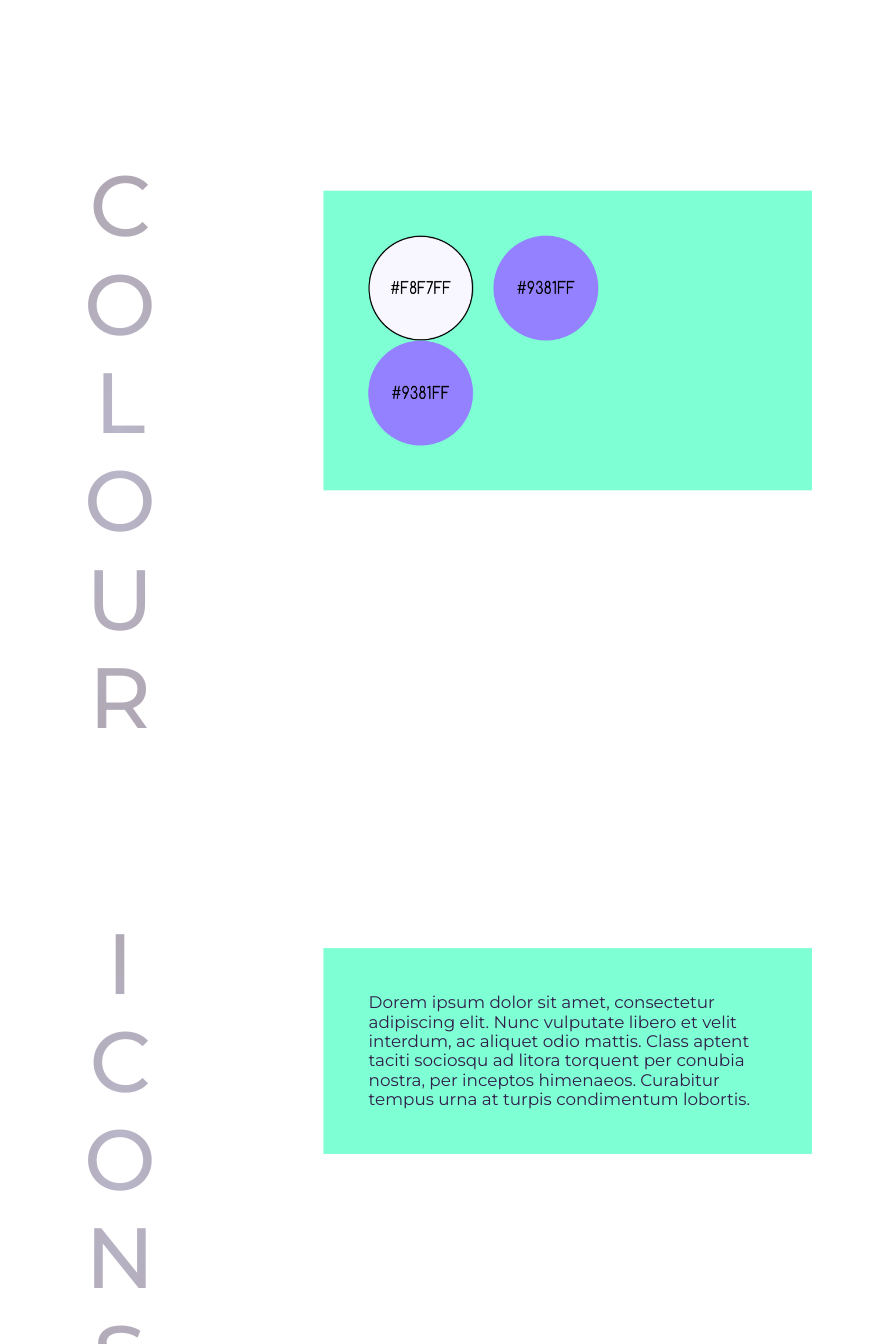
Repository: sierralaurent/Styleguide-Big_Project
Page: visuals.html
These files come from the project's save history. The page is drawn as it stood at one moment and after the next save; the edit follows.
The browser window is 1280 px wide. The pictures show the part of the page from y = 838 to 2758 px (the page is 3164 px tall), at 70% of full size.
Some web fonts or font styles are not loaded; a fallback is used.

Above is the page before, as saved 2023-03-10 14:53:06.

### visuals.html
<!DOCTYPE html>
<html lang="en">
  <head>
    <title>New Habits Web-App | Visuals </title>
    <meta property="og:title" content="Welcome to the New Habits Web-App Home Page" />
    <meta name="viewport" content="width=device-width, initial-scale=1.0" />
    <meta charset="utf-8" />
    <link rel="icon" type="image/x-icon" href="/assets/favicon.ico">

    <link
      rel="stylesheet"
      href="https://fonts.googleapis.com/css2?family=Montserrat:ital,wght@0,100;0,200;0,300;0,400;0,500;0,600;0,700;0,800;0,900;1,100;1,200;1,300;1,400;1,500;1,600;1,700;1,800;1,900&amp;display=swap"
      data-tag="font"
    />
    <link rel="stylesheet" href="./style.css" />
    <link href="./visuals.css" rel="stylesheet" />
    <link href="./navstyle.css" rel="stylesheet" />

  </head>
  <header>
    <div class="logo">
      <a href="index.html">
        <img src="assets/logo.png" alt="logo" />
      </a>
    </div>
    <div class="navigation">
      <button class="hamburger" onclick="show()">
        <img src="assets/burger.png" />
      </button>
      <nav>
        <h1 class="menutitle">Menu</h1>
        <ul>
          <li><a href="home.html">Home</a></li>
          <li><a>Logo</a></li>
          <li><a>Colours & Typo</a></li>
          <li><a href="visuals.html">Visuals</a></li>
        </ul>
      </nav>
    </div>
    <script src="nav.js"></script>
  </header>
  <body>
    <div>
      <div class="home-container">
        <div class="home-container1">
          <div class="home-container2">
            <h1 class="home-text01 Title">Visuals</h1>
            <p class="home-text02 body">
              Dorem ipsum dolor sit amet, consectetur adipiscing elit. Nunc
              vulputate libero et velit interdum, ac aliquet odio mattis. Class
              aptent taciti sociosqu ad litora torquent per conubia nostra, per
              inceptos himenaeos. Curabitur tempus urna at turpis condimentum
              lobortis.
            </p>
          </div>
        </div>
        <div class="home-container3">
          <p class="home-text03 sidetitle">
            <span>C</span>
            <br />
            <span>O</span>
            <br />
            <span>L</span>
            <br />
            <span>O</span>
            <br />
            <span>U</span>
            <br />
            <span>R</span>
            <br />
          </p>
          <div class="home-text17 body">
            <div>
              <img src="assets/colours/Creme.png" alt="Creme" width="150px" height="150px">
              <img src="assets/colours/Main Purple.png" alt="mainpurple" width="150px" height="150px">
            </div>
            <div>
              <img src="assets/colours/Main Purple.png" alt="mainpurple" width="150px" height="150px">
            </div>
          </div>
        </div>
        <div class="home-container3">
            <p class="home-text03 sidetitle">
              <span>I</span>
              <br />
              <span>C</span>
              <br />
              <span>O</span>
              <br />
              <span>N</span>
              <br />
              <span>S</span>
              <br />
            </p>
            <p class="home-text17 body">
              Dorem ipsum dolor sit amet, consectetur adipiscing elit. Nunc
              vulputate libero et velit interdum, ac aliquet odio mattis. Class
              aptent taciti sociosqu ad litora torquent per conubia nostra, per
              inceptos himenaeos. Curabitur tempus urna at turpis condimentum
              lobortis.
            </p>
          </div>
        <footer class="home-footer">
          <p class="home-text24">
            © 2023 New Habits, All Rights Reserved.
          </p>
        </footer>
      </div>
    </div>
  </body>
</html>

### style.css
:root {
  --dl-black: #212121ff;
  --dl-creme: #f9f9ffff;
  --dl-white: #f8f9f9ff;
  --dark-purple: #311D4A;

}

.body {
  font-size: 24px;
  font-family: Montserrat;
  font-weight: 400;
  line-height: 1.15;
  text-transform: none;
  text-decoration: none;
}
.sidetitle {
  font-size: 122px;
  font-family: Montserrat;
  font-weight: 500;
  line-height: 1.15;
  text-transform: none;
  text-decoration: none;
}
.Title {
  font-size: 96px;
  font-family: Montserrat;
  font-weight: 500;
  line-height: 1.15;
  text-transform: none;
  text-decoration: none;
}

html {
  line-height: 1.15;
}
body {
  margin: 0;
}
* {
  box-sizing: border-box;
  border-width: 0;
  border-style: solid;
}
p,
li,
ul,
pre,
div,
h1,
h2,
figure,
blockquote,
figcaption {
  margin: 0;
  padding: 0;
}

a {
  color: inherit;
  text-decoration: inherit;
}
input {
  padding: 2px 4px;
}
img {
  display: block;
}
html {
  scroll-behavior: smooth;
}

### visuals.css
/* Define the scrollbar style */
::-webkit-scrollbar {
    width: 10px;
  }

  ::-webkit-scrollbar-thumb {
    background-image: linear-gradient(180deg, var(--light-purple) 0%, var(--main-purple) 99%);
    box-shadow: inset 2px 2px 5px 0 var(--creme);
    border-radius: 100px;
  }

  html {
    font-family: Montserrat;
    font-size: 24px;
    scroll-behavior: smooth;
  }

  body {
    font-weight: 400;
    font-style: normal;
    text-decoration: none;
    text-transform: none;
    letter-spacing: normal;
    line-height: 1.15;
    color: var(--black);
    background-color: var(--creme);
  }

  .home-container {
    width: 100%;
    display: flex;
    overflow: auto;
    min-height: 100vh;
    align-items: center;
    flex-direction: column;
  }
  .home-container1 {
    flex: 0 0 auto;
    width: auto;
    height: auto;
    display: flex;
    align-items: flex-start;
    justify-content: center;
  }
  .home-container2 {
    flex: 0 0 auto;
    width: auto;
    display: flex;
    align-self: center;
    margin-top: 5rem;
    align-items: center;
    margin-bottom: 15rem;
    flex-direction: column;
    justify-content: center;
  }
  .home-text {
    font-size: 36px;
    text-align: center;
    font-family: Montserrat;
    background: linear-gradient(0deg, rgba(0, 0, 0, 0.2), rgba(0, 0, 0, 0.2)),
      radial-gradient(
        50% 50% at 50% 50%,
        rgba(147, 129, 255, 0.2) 0%,
        rgba(79, 26, 98, 0.2) 94.12%
      );
    -webkit-background-clip: text;
    -webkit-text-fill-color: transparent;
    background-clip: text;
    text-fill-color: transparent;
  }
  .home-text01 {
    margin-top: 1rem;
    text-align: center;
    margin-bottom: 1rem;
    background: linear-gradient(0deg, rgba(0, 0, 0, 0.2), rgba(0, 0, 0, 0.2)),
      radial-gradient(
        50% 50% at 50% 50%,
        rgba(147, 129, 255, 0.2) 0%,
        rgba(79, 26, 98, 0.2) 94.12%
      );
    -webkit-background-clip: text;
    -webkit-text-fill-color: transparent;
    background-clip: text;
    text-fill-color: transparent;
  }
  .home-text02 {
    width: 31rem;
    text-align: center;
    color: var(--dark-purple);
  }
  .home-container3 {
    flex: 0 0 auto;
    width: 100%;
    height: auto;
    display: flex;
    align-items: flex-start;
    justify-content: center;
  }
  .home-text03 {
    width: 25rem;
    text-align: center;
    background: linear-gradient(0deg, rgba(0, 0, 0, 0.2), rgba(0, 0, 0, 0.2)),
      radial-gradient(
        50% 50% at 50% 50%,
        rgba(147, 129, 255, 0.2) 0%,
        rgba(79, 26, 98, 0.2) 94.12%
      );
    -webkit-background-clip: text;
    -webkit-text-fill-color: transparent;
    background-clip: text;
    text-fill-color: transparent;
  }
  .home-text17 {
    width: auto;
    margin-top: 5rem;
    text-align: left;
    margin-left: 5rem;
    margin-right: 5rem;
    margin-bottom: 5rem;
    display: flex;
    flex-direction: row;
    gap: 5%;
    padding: 5%;
    color: var(--dark-purple);
    background-color: aquamarine;
  }
  .home-container4 {
    flex: 0 0 auto;
    width: auto;
    height: auto;
    display: flex;
    align-items: flex-start;
    justify-content: center;
  }
  .colours{
    background: lightblue;
    border-radius: 50%;
    width: 100px;
    height: 100px;
  }
  .home-container5 {
    flex: 0 0 auto;
    display: flex;
    align-items: flex-start;
    flex-direction: column;
  }
  .home-text18 {
    width: auto;
    margin-top: 15rem;
    text-align: center;
    margin-bottom: 5rem;
    background: linear-gradient(0deg, rgba(0, 0, 0, 0.2), rgba(0, 0, 0, 0.2)),
      radial-gradient(
        50% 50% at 50% 50%,
        rgba(147, 129, 255, 0.2) 0%,
        rgba(79, 26, 98, 0.2) 94.12%
      );
    -webkit-background-clip: text;
    -webkit-text-fill-color: transparent;
    background-clip: text;
    text-fill-color: transparent;
  }
  .home-container6 {
    flex: 0 0 auto;
    width: auto;
    height: auto;
    display: flex;
    align-items: flex-start;
    margin-bottom: 15rem;
    justify-content: center;
  }
  .home-olivia {
    flex: 0 0 auto;
    display: flex;
    align-items: center;
    flex-direction: column;
  }
  .home-olivia-text {
    width: 25rem;
    font-size: 96px;
    text-align: center;
    font-family: Montserrat;
    font-weight: 500;
    line-height: 1.15;
    margin-bottom: 2rem;
    text-transform: none;
    text-decoration: none;
    background: linear-gradient(0deg, rgba(0, 0, 0, 0.2), rgba(0, 0, 0, 0.2)),
      radial-gradient(
        50% 50% at 50% 50%,
        rgba(147, 129, 255, 0.2) 0%,
        rgba(79, 26, 98, 0.2) 94.12%
      );
    -webkit-background-clip: text;
    -webkit-text-fill-color: transparent;
    background-clip: text;
    text-fill-color: transparent;
  }
  .home-text19 {
    width: 15rem;
    align-self: center;
    text-align: center;
    color: var(--dark-purple);
  }
  .home-elijah {
    flex: 0 0 auto;
    display: flex;
    align-items: center;
    flex-direction: column;
  }
  .home-elijah-text {
    width: 25rem;
    font-size: 96px;
    text-align: center;
    font-family: Montserrat;
    font-weight: 500;
    line-height: 1.15;
    margin-bottom: 2rem;
    text-transform: none;
    text-decoration: none;
    background: linear-gradient(0deg, rgba(0, 0, 0, 0.2), rgba(0, 0, 0, 0.2)),
      radial-gradient(
        50% 50% at 50% 50%,
        rgba(147, 129, 255, 0.2) 0%,
        rgba(79, 26, 98, 0.2) 94.12%
      );
    -webkit-background-clip: text;
    -webkit-text-fill-color: transparent;
    background-clip: text;
    text-fill-color: transparent;
  }
  .home-text20 {
    width: 15rem;
    align-self: center;
    text-align: center;
    color: var(--dark-purple);
  }
  .home-sierra {
    flex: 0 0 auto;
    display: flex;
    align-items: center;
    flex-direction: column;
  }
  .home-sierra-text {
    width: 25rem;
    font-size: 96px;
    text-align: center;
    font-family: Montserrat;
    font-weight: 500;
    line-height: 1.15;
    margin-bottom: 2rem;
    text-transform: none;
    text-decoration: none;
    background: linear-gradient(0deg, rgba(0, 0, 0, 0.2), rgba(0, 0, 0, 0.2)),
      radial-gradient(
        50% 50% at 50% 50%,
        rgba(147, 129, 255, 0.2) 0%,
        rgba(79, 26, 98, 0.2) 94.12%
      );
    -webkit-background-clip: text;
    -webkit-text-fill-color: transparent;
    background-clip: text;
    text-fill-color: transparent;
  }
  .home-text21 {
    width: 15rem;
    align-self: center;
    text-align: center;
    color: var(--dark-purple);
  }
  .home-text23 {
    width: 15rem;
    align-self: center;
    text-align: center;
  }
  .home-footer {
    width: 100%;
    height: 197px;
    display: flex;
    max-width: auto;
    align-self: center;
    align-items: center;
    padding-top: 32px;
    padding-left: 48px;
    padding-right: 48px;
    padding-bottom: 32px;
    justify-content: center;
  }
  .home-text24 {
    text-align: center;
    color: var(--dark-purple);

  }
  @media (max-width: 1600px) {
    .home-container1 {
      width: 100%;
    }
    .home-container2 {
      align-items: center;
      justify-content: center;
    }
    .home-text01 {
      margin-top: 1rem;
      margin-bottom: 1rem;
    }
    .home-container3 {
      width: 100%;
    }
    .home-text03 {
      width: auto;
      margin: 3rem;
      padding: 2rem;
    }
    .home-text17 {
      width: 40rem;
      margin-top: 7rem;
      text-align: left;
      margin-right: 5rem;
    }
    .home-container4 {
      width: auto;
      justify-content: center;
    }
    .home-container5 {
      width: auto;
      height: auto;
      align-items: center;
      justify-content: center;
    }
    .home-text18 {
      width: auto;
      height: auto;
      margin-top: 5rem;
      text-align: center;
      margin-bottom: 5rem;
    }
    .home-container6 {
      width: 100%;
      margin-bottom: 15rem;
    }
    .home-olivia {
      width: 20rem;
      height: auto;
      align-items: center;
      justify-content: center;
    }
    .home-olivia-text {
      width: auto;
      font-size: 46px;
      font-family: Montserrat;
      font-weight: 500;
      line-height: 1.15;
      margin-bottom: 2rem;
      text-transform: none;
      text-decoration: none;
    }
    .home-text19 {
      width: 15rem;
      text-transform: none;
    }
    .home-elijah {
      width: 20rem;
      height: auto;
      align-items: center;
      justify-content: center;
    }
    .home-elijah-text {
      width: auto;
      font-size: 46px;
      font-family: Montserrat;
      font-weight: 500;
      line-height: 1.15;
      margin-bottom: 2rem;
      text-transform: none;
      text-decoration: none;
    }
    .home-text20 {
      width: 15rem;
      text-transform: none;
    }
    .home-sierra {
      width: 20rem;
      height: auto;
      align-items: center;
      justify-content: center;
    }
    .home-sierra-text {
      width: auto;
      font-size: 46px;
      font-family: Montserrat;
      font-weight: 500;
      line-height: 1.15;
      margin-bottom: 2rem;
      text-transform: none;
      text-decoration: none;
    }
    .home-text21 {
      margin-bottom: 2rem;
    }
    .home-text23 {
      width: 15rem;
      text-transform: none;
      color: var(--dark-purple);
    }
  }
  @media (max-width: 1200px) {
    .home-text01 {
      margin-top: 1rem;
      margin-bottom: 1rem;
    }
    .home-container6 {
      align-items: center;
    }
    .home-olivia {
      width: 15rem;
      margin-left: 1rem;
      margin-right: 1rem;
    }
    .home-olivia-text {
      width: auto;
    }
    .home-text19 {
      width: 12rem;
    }
    .home-elijah {
      width: 15rem;
      margin-left: 1rem;
      margin-right: 1rem;
    }
    .home-elijah-text {
      width: auto;
    }
    .home-text20 {
      width: 12rem;
    }
    .home-sierra {
      width: 15rem;
      margin-left: 1rem;
    }
    .home-sierra-text {
      width: auto;
    }
    .home-text23 {
      width: 12rem;
    }
  }
  @media (max-width: 991px) {
    .home-container2 {
      width: 100%;
      height: 307px;
    }
    .home-text01 {
      margin-top: 1rem;
      margin-bottom: 1rem;
    }
    .home-container6 {
      align-items: center;
      flex-direction: column;
    }
    .home-olivia {
      width: 20rem;
      margin-bottom: 3rem;
    }
    .home-olivia-text {
      width: auto;
    }
    .home-text19 {
      width: auto;
    }
    .home-elijah {
      width: 20rem;
      margin-bottom: 3rem;
    }
    .home-elijah-text {
      width: auto;
    }
    .home-text20 {
      width: auto;
    }
    .home-sierra {
      width: 20rem;
    }
    .home-sierra-text {
      width: auto;
    }
    .home-text23 {
      width: 100%;
    }
  }
  @media (max-width: 767px) {
    .home-text01 {
      margin-top: 1rem;
      margin-bottom: 1rem;
    }
    .home-footer {
      padding-left: 32px;
      padding-right: 32px;
    }
    .home-text24 {
      text-align: center;
      margin-left: 16px;
      margin-right: 16px;
    }
  }
  @media (max-width: 479px) {
    .home-text01 {
      margin-top: 1rem;
      margin-bottom: 1rem;
    }
    .home-text02 {
      width: 479px;
    }
    .home-text03 {
      margin-top: 0rem;
      margin-left: 3rem;
      margin-right: 0rem;
      margin-bottom: 0rem;
    }
    .home-footer {
      padding: 16px;
      flex-direction: column;
    }
    .home-text24 {
      margin-left: 0px;
      margin-right: 0px;
      margin-bottom: 16px;
    }
  }

### navstyle.css
@import url("https://fonts.cdnfonts.com/css/montserrat");

* {
  margin: 0;
  padding: 0;
  font-family: "Montserrat", sans-serif;
}

a,
button {
  cursor: pointer;
}

nav {
  position: absolute;
  top: 30px;
  right: 30px;
  width: 250px;
}

.navigation {
  position: fixed;
  top: 0;
  right: -500px;
  width: 312px;
  height: 100%;
  background-image: url("assets/background.png");
  background-size: cover;
  transition: 0.5s;
  border-radius: 27px 0 0 27px;
}

.logo {
    margin: 1.5rem;
}

.menutitle {
  font-family: "Montserrat", sans-serif;
  font-style: normal;
  font-weight: 400;
  font-size: 24px;
  display: flex;
  align-items: left;
  color: rgba(255, 255, 255, 0.32);
  margin: 1rem;
}

.navigation ul li {
  display: flex;
  color: rgba(255, 255, 255, 0.5);
  line-height: 20px;
  text-align: left;
  font-weight: 500;
  list-style-type: none;
  font-size: 14px;
  padding: 20px 30px;
  border-bottom: 0px 64px 64px -32px rgba(41, 15, 0, 0.56);
  transition: all 0.3s ease;
}

.navigation ul li:hover {
  padding: 16px 20px;
  background-image: url("assets/hover.png");
  background-size: cover;
  border-radius: 12px;
}

.hamburger,
.bar {
  position: fixed;
}

.hamburger {
  display: block;
  top: 5%;
  left: 95%;
  width: 30px;
  height: 30px;
  transform: translateY(-50%);
  border: 0;
  background: 0 0;
}

.hamburger.hidden {
  display: none; /* Hide the menu button */
}

.navigation.active {
  right: 0;
  z-index: 1;
}

### nav.js
const hamburger = document.querySelector('.hamburger');
const navigation = document.querySelector('.navigation');

document.addEventListener('click', function(event) {
  const isClickInside = navigation.contains(event.target) || hamburger.contains(event.target);
  if (!isClickInside) {
    navigation.classList.remove('active');
    hamburger.classList.remove('hidden');
  }
});

hamburger.addEventListener('click', function() {
  navigation.classList.add('active');
  hamburger.classList.add('hidden');
});

After the next save:
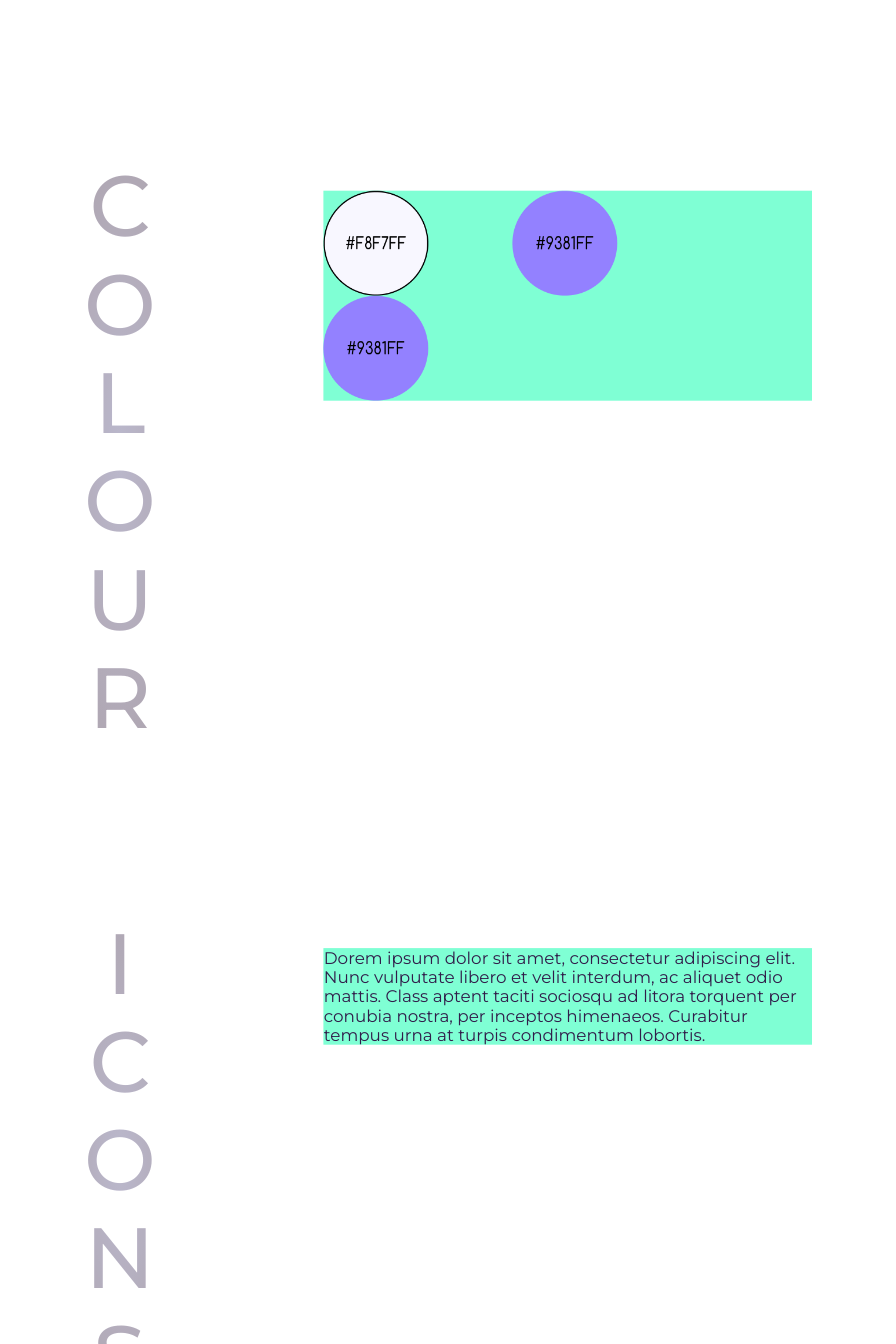
Saved 12 s later.
--- a/visuals.css
+++ b/visuals.css
@@ -119,8 +119,7 @@
     margin-bottom: 5rem;
     display: flex;
     flex-direction: row;
-    gap: 5%;
-    padding: 5%;
+    gap: 5rem;
     color: var(--dark-purple);
     background-color: aquamarine;
   }
